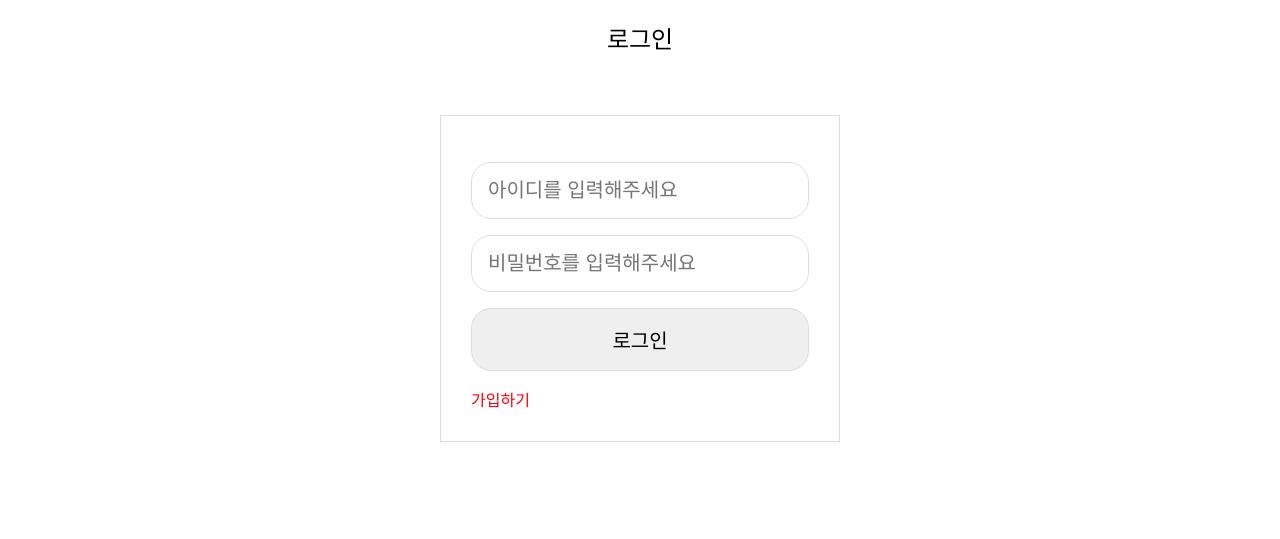
Repository: inhoo123/backup
Page: http://localhost/community-inside/login
An editor plug-in stored every save of this project. The page is shown before and after the next save, followed by the edit.
The browser window is 1280 px wide. The pictures show the whole page.
Some web fonts or font styles are not loaded; a fallback is used. The page is served by Tomcat 10. Other server files are loaded and not shown.

Above is the page before, as saved 2024-06-27 04:11:25.

### web-workspace/community-inside/src/main/webapp/WEB-INF/view/login.jsp
<%@ page language="java" contentType="text/html; charset=UTF-8"
    pageEncoding="UTF-8"%>
   <%@ page trimDirectiveWhitespaces="true"%>
<%@ taglib prefix="c" uri="http://java.sun.com/jsp/jstl/core"%>
<!DOCTYPE html>
<html>
<head>
<meta charset="UTF-8">
<title>인사이드 로그인</title>
<link rel="stylesheet"
	href="${pageContext.servletContext.contextPath }/css/style.css?<%=System.currentTimeMillis() %>" />
</head>
<body>
	<div style="width: 840px; margin: 0 auto;">
	<div style="text-align: center">
	<h2>로그인</h2>
	</div>
<div
			style="width: 400px; margin: 60px auto; border: 1px solid #ddd; padding: 30px;">
			<form
				action="${pageContext.servletContext.contextPath }/login-handle" method="post">
				<p>
					<input type="text" class="login-input" placeholder="아이디를 입력해주세요" name="id"/>
				</p>
				<p>
					<input type="password" class="login-input"
						placeholder="비밀번호를 입력해주세요" name="password"/>
				</p>
				<p>
					<button type="submit" class="login-input">로그인</button>
				</p>
			</form>
		<a style="color: RED" href="${pageContext.servletContext.contextPath }/join">가입하기</a>
		</div>
	</div>
</body>
</html>

### web-workspace/community-inside/src/main/java/controller/LoginController.java
package controller;

import java.io.IOException;


import jakarta.servlet.ServletException;
import jakarta.servlet.annotation.WebServlet;
import jakarta.servlet.http.HttpServlet;
import jakarta.servlet.http.HttpServletRequest;
import jakarta.servlet.http.HttpServletResponse;

@WebServlet("/login")
public class LoginController extends HttpServlet {
	@Override
	protected void service(HttpServletRequest request, HttpServletResponse response)
			throws ServletException, IOException {

		request.getRequestDispatcher("/WEB-INF/view/login.jsp").forward(request, response);
	}
}

### web-workspace/community-inside/src/main/webapp/css/style.css
@charset "UTF-8";

@import
	url('https://fonts.googleapis.com/css2?family=Nanum+Gothic&display=swap');

* {
	font-family: "Nanum Gothic", sans-serif;
  font-weight: 400;
  font-style: normal;
  box-sizing: border-box;
}

h1, h2, h3, h4, h5, h6 {
	font-weight: lighter;
}

.gnb_bar2 {
    position: relative;
    min-width: 1050px;
    background-color: #3b4890;
    border: 1px solid #3b4890;
    border-width: 1px 0 1px 0;
    padding: 10px;
}

.top{
	padding-top:100px;

}

.aa{
    font-size: 12px;
    font-family: -apple-system,BlinkMacSystemFont,"Apple SD Gothic Neo","Malgun Gothic","맑은 고딕",arial,Dotum,돋움,sans-serif;
    margin: 0;
    padding: 0;
    vertical-align: baseline;
    background: transparent;
    font-style: normal;
    position: relative;
    min-width: 1050px;
    background-color: #3b4890;
    border: 1px solid #3b4890;
    border-width: 1px 0 1px 0;
}
.gnb_bar {
    position: relative;
    min-width: 1050px;
    background-color: #3b4890;
    border: 1px solid #3b4890;
    border-width: 1px 0 1px 0;
    padding: 10px;
}

center{
	margin: 0 auto;

}


.search{
	height: 30px;
	width: 400px;
	border: 4px solid #3b4890;
	background: #ffffff;
}



.dc_logo {
    overflow: hidden;
    position: absolute;
    top: 20px;
    left: -43px;
    text-align: center;
}
.dchead {
    position: relative;
    width: 1000px;
    height: 120px;
    margin: 0 auto;
}

body {
	min-width: 960px;
}

.no-deco-link {
	color: #444;
	text-decoration: none;
}

.fs-small {
	font-size: 0.8rem;
}

.fs-large {
	font-size: 1.2rem;
}

.srch-bar {
	padding: 12px;
	border-radius: 12px;
	font-size: 1.1rem;
	width: 480px;
}

.login-input {
	padding: 16px;
	border: 1px solid #ddd;
	width: 100%;
	box-sizing: border-box;
	font-size: 1.25rem;
	border-radius: 20px;
}

/* table css ======================================== */
.default-table {
	border-collapse: collapse;
	width: 100%;
	margin-top:10px;
}
.border-bottom {
	border-bottom: 1px solid #ddd;
}
.default-table td, .default-table th {
	padding : 4px;
}
.text-center {
	text-align: center;
}



a {
	text-decoration: none;
}

input:focus {
	outline: none;
}

textare:focus, textarea:active {
	outline: none;
}

button:hover {
	background-color: #ddd;
	cursor: pointer;
}

button:active {
	background-color: #ccc;
	cursor: pointer;
}

/* 영역 사이즈 클래스 */
.container {
	width: 1140px;
	margin: auto;
}
.container2 {
	width: 1500px;
	margin: auto;
}

.wrap-md {
	width: 720px;
	margin: auto;
}

.wrap-sm {
	width: 540px;
	margin: auto;
}

.wrap-x-sm {
	width: 360px;
	margin: auto;
}

.d-flex {
	display: flex;
}

.space-between {
	justify-content: space-between;
}

/* 컴포넌트 너비 클래스 */
.w-50 {
	width: 50%;
}

.w-100 {
	width: 100%;
}
/* 컴포넌트 테두리 클래스 */
.border {
	border: 1px solid #999;
}

.border-rounded {
	border: 1px solid #999;
	border-radius: 4px;
}

/* 글씨 정렬 클래스 */
.text-left {
	text-align: left;
}

.text-center {
	text-align: center;
}

.text-right {
	text-align: right;
}

/* 글씨 색상 클래스 */
.warning {
	color: orangered;
}

.info {
	color: limegreen;
}


/* 뱃지 클래스 */
.badge-info {
	background-color:  limegreen;
	color: white;
	padding : 4px 8px;
	border-radius: 4px;
}
.badge-warning {
	background-color:  orangered;
	color: white;
	padding : 4px 8px;
	border-radius: 4px;
}
.badge-dark {
	background-color:  #333333;
	color: white;
	padding : 4px 8px;
	border-radius: 4px;
}


.fs-1 {
	font-size: 2rem;
}

.fs-2 {
	font-size: 1.5rem;
}

.fs-3 {
	font-size: 1.17rem;
}

.fs-4 {
	font-size: 1.0rem;
}

.fs-5 {
	font-size: 0.8rem;
}

.fs-6 {
	font-size: 0.65rem;
}
/* 글씨 색상 */

/* 기본 패딩 클래스 */
.p-1 {
	padding: 4px;
}

.p-2 {
	padding: 8px;
}

.p-3 {
	padding: 12px;
}

.p-4 {
	padding: 16px;
}

.p-5 {
	padding: 20px;
}

.px-1 {
	padding-left: 4px;
	padding-right: 4px;
}

.px-2 {
	padding-left: 8px;
	padding-right: 8px;
}

.px-3 {
	padding-left: 12px;
	padding-right: 12px;
}

.px-4 {
	padding-left: 16px;
	padding-right: 16px;
}

.px-5 {
	padding-left: 20px;
	padding-right: 20px;
}

/* 기본 마진 클래스 */
.mx-1 {
	margin: auto 4px;
}

.mx-2 {
	margin: auto 8px;
}

.mx-3 {
	margin: auto 12px;
}

.mx-4 {
	margin: auto 16px;
}

.mx-5 {
	margin: auto 20px;
}

.my-1 {
	margin: 4px auto;
}

.my-2 {
	margin: 8px auto;
}

.my-3 {
	margin: 12px auto;
}

.my-4 {
	margin: 16px auto;
}

.my-5 {
	margin: 20px auto;
}
/*
.item {
	box-shadow: 1px 2px 4px 1px #888888;
}
*/
.item:hover {
	background-color: #eee;
}

a {
	text-decoration: none;
	color: black;
}
.search {
  position: relative;
  width: 300px;
}

h1, h2, h3, h4, h5, h6 {
	font-weight: lighter;
}

body {
	min-width: 960px;
}

.no-deco-link {
	color: #444;
	text-decoration: none;
}

.fs-small {
	font-size: 0.8rem;
}

.fs-large {
	font-size: 1.2rem;
}

.srch-bar {
	padding: 12px;
	border-radius: 12px;
	font-size: 1.1rem;
	width: 480px;
}

.login-input {
	padding: 16px;
	border: 1px solid #ddd;
	width: 100%;
	box-sizing: border-box;
	font-size: 1.25rem;

}

.login-input2 {
	padding: 16px;
	border: 1px solid #ddd;
	background-color: #3b4890;
	width: 100%;
	box-sizing: border-box;
	font-size: 1.25rem;
	color:white;
}


/* table css ======================================== */
.default-table {
	border-collapse: collapse;
	width: 100%;
	margin-top:10px;
}
.border-bottom {
	border-bottom: 1px solid #ddd;
}
.default-table td, .default-table th {
	padding : 4px;
}
.text-center {
	text-align: center;
}

After the next save:
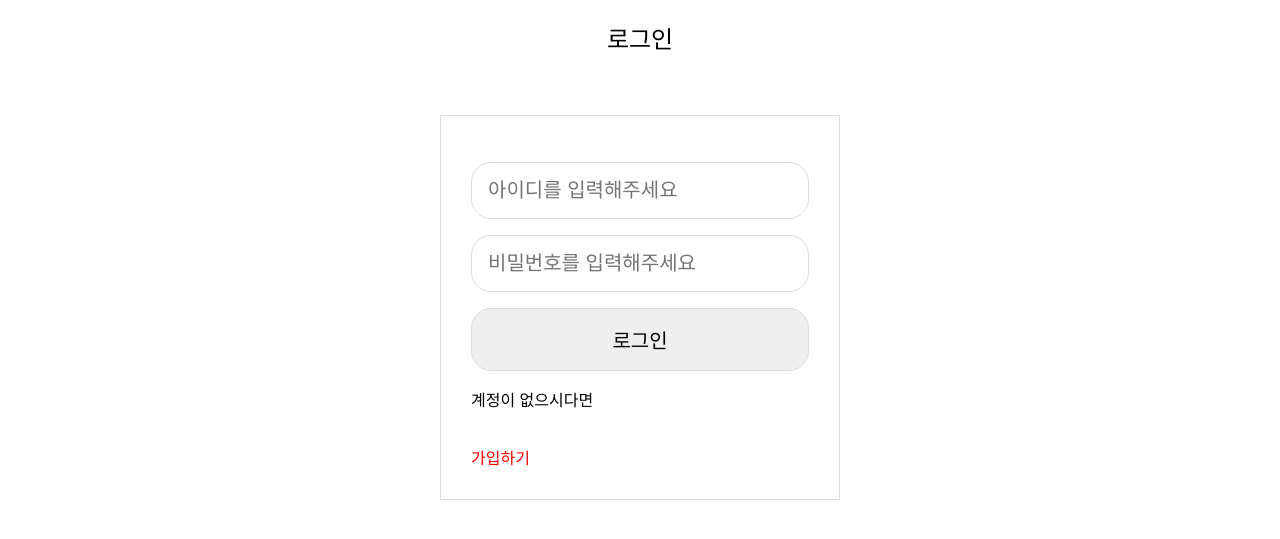
Saved 47 s later.
--- a/web-workspace/community-inside/src/main/webapp/WEB-INF/view/login.jsp
+++ b/web-workspace/community-inside/src/main/webapp/WEB-INF/view/login.jsp
@@ -30,7 +30,9 @@
 					<button type="submit" class="login-input">로그인</button>
 				</p>
 			</form>
-		<a style="color: RED" href="${pageContext.servletContext.contextPath }/join">가입하기</a>
+		 <p>계정이 없으시다면</p>
+		 </br>
+		 <a style="color: RED" href="${pageContext.servletContext.contextPath }/join">가입하기</a>
 		</div>
 	</div>
 </body>
